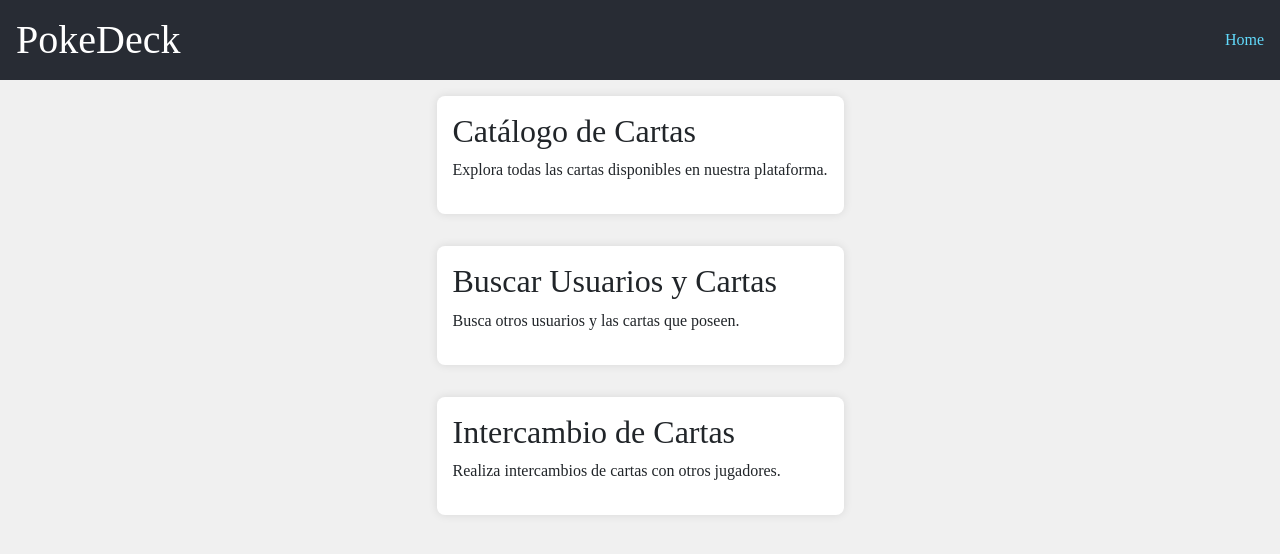
Repository: SyTW2425/Proyecto-E02
Page: /home (app in client/)
These files come from the project's save history. The page is drawn as it stood at one moment and after the next save; the edit follows.
The browser window is 1280 px wide. The pictures show the whole page.
The project was rebuilt for these pictures with package versions that can differ from the ones it lists, and the page was loaded fresh each time. Also part of the build but not shown: client/src/index.css, client/src/api.ts, client/src/components/Signup.tsx, client/src/components/Signin.tsx, client/src/App.css.

Above is the page before, as saved 2024-11-27 19:26:18.

After the next save:
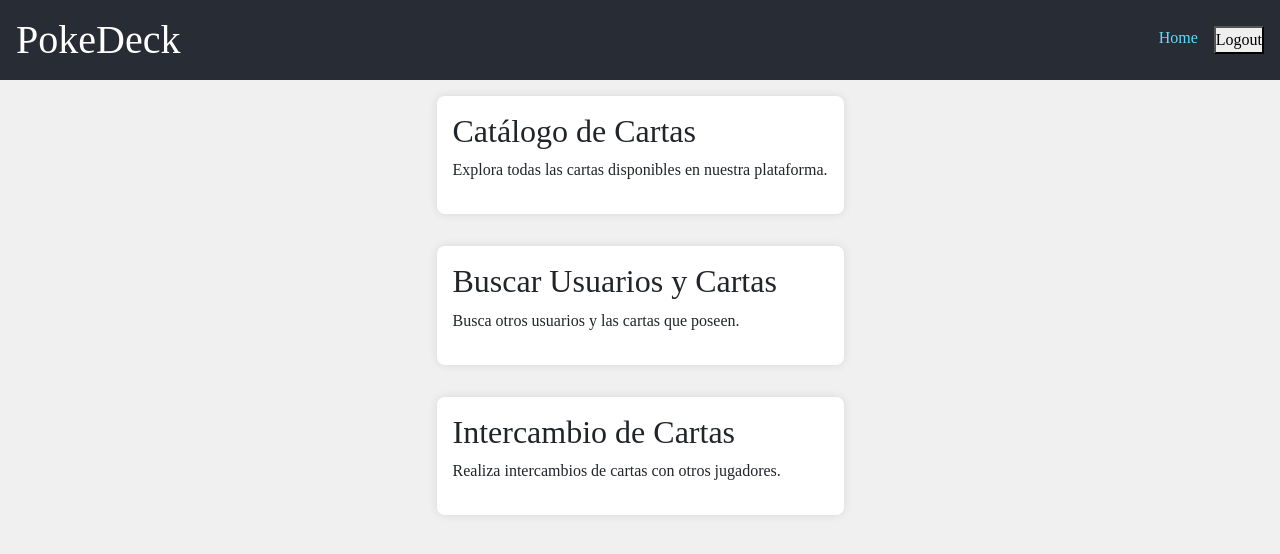
Saved 38 s later.
--- a/client/src/components/Home.tsx
+++ b/client/src/components/Home.tsx
@@ -4,6 +4,7 @@
 import './Home.css';
 import Signup from './Signup';
 import Signin from './Signin';
+import Logout from './Logout'; // Importar el componente Logout
 
 function NavBar() {
   const [menuOpen, setMenuOpen] = useState(false);
@@ -20,6 +21,7 @@
       </span>
       <ul className={menuOpen ? 'active' : ''}>
         <li><Link to="/home">Home</Link></li>
+        <li><Logout /></li> {/* Agregar el componente Logout */}
       </ul>
     </nav>
   );
